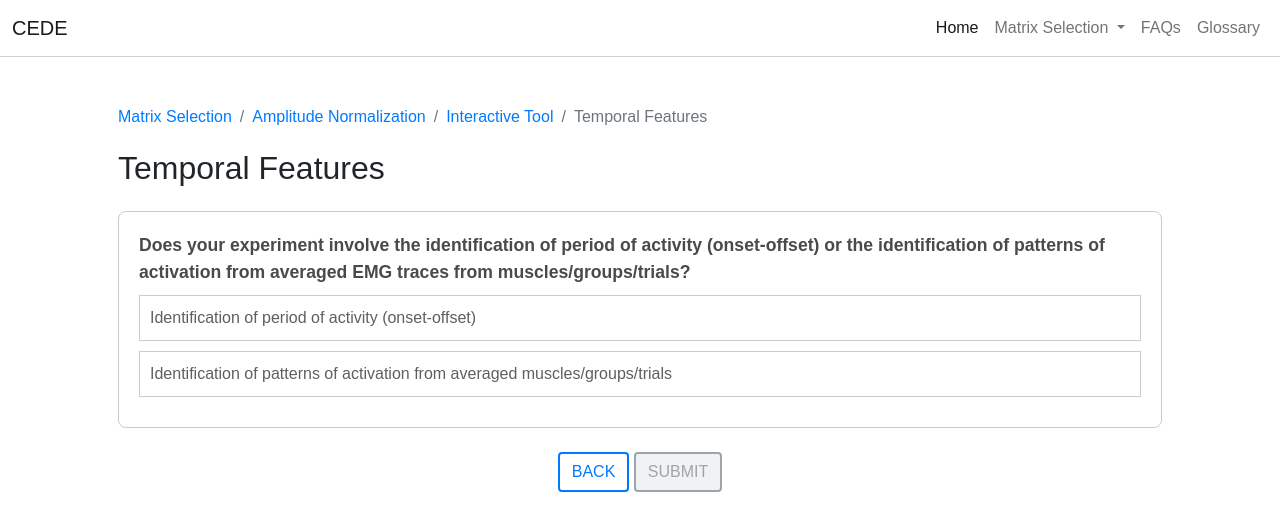
Repository: devashrisamani/CEDE-Website
Page: website/tempfeatures.html
The author's editor kept a copy of each file at every save. The page is drawn from the files as they stood at one save, then again after the next save.
The browser window is 1280 px wide. The pictures show the whole page.

Above is the page before, as saved 2024-09-10 00:19:39.

After the next save:
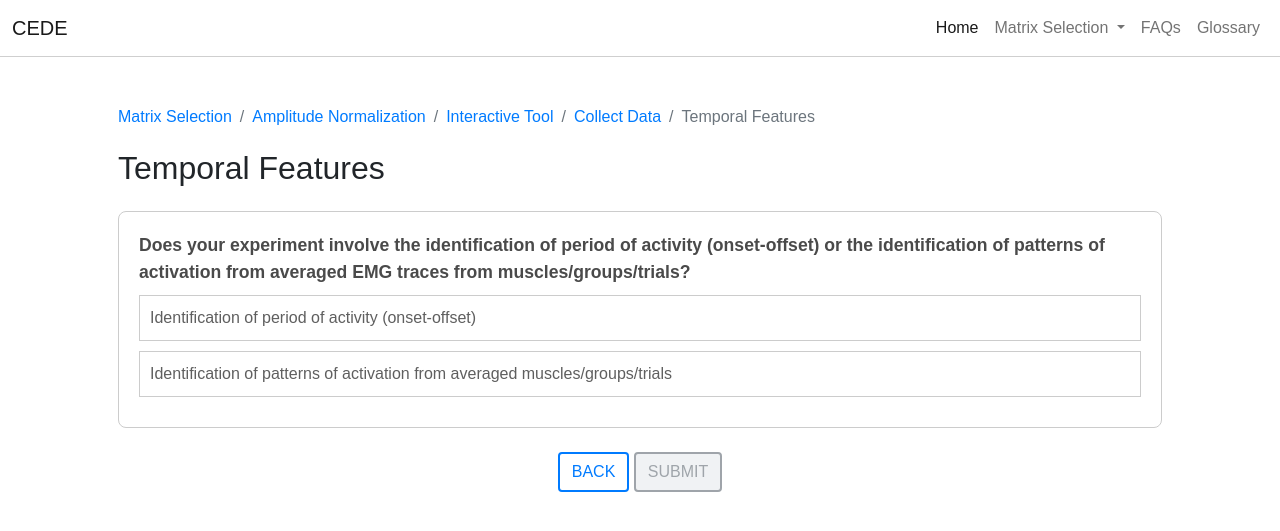
Saved 81 s later.
--- a/website/tempfeatures.html
+++ b/website/tempfeatures.html
@@ -168,6 +168,9 @@
           <li class="breadcrumb-item">
             <a href="inttool.html">Interactive Tool</a>
           </li>
+          <li class="breadcrumb-item">
+            <a href="collectdata.html">Collect Data</a>
+          </li>
           <li class="breadcrumb-item active" aria-current="page">
             Temporal Features
           </li>
